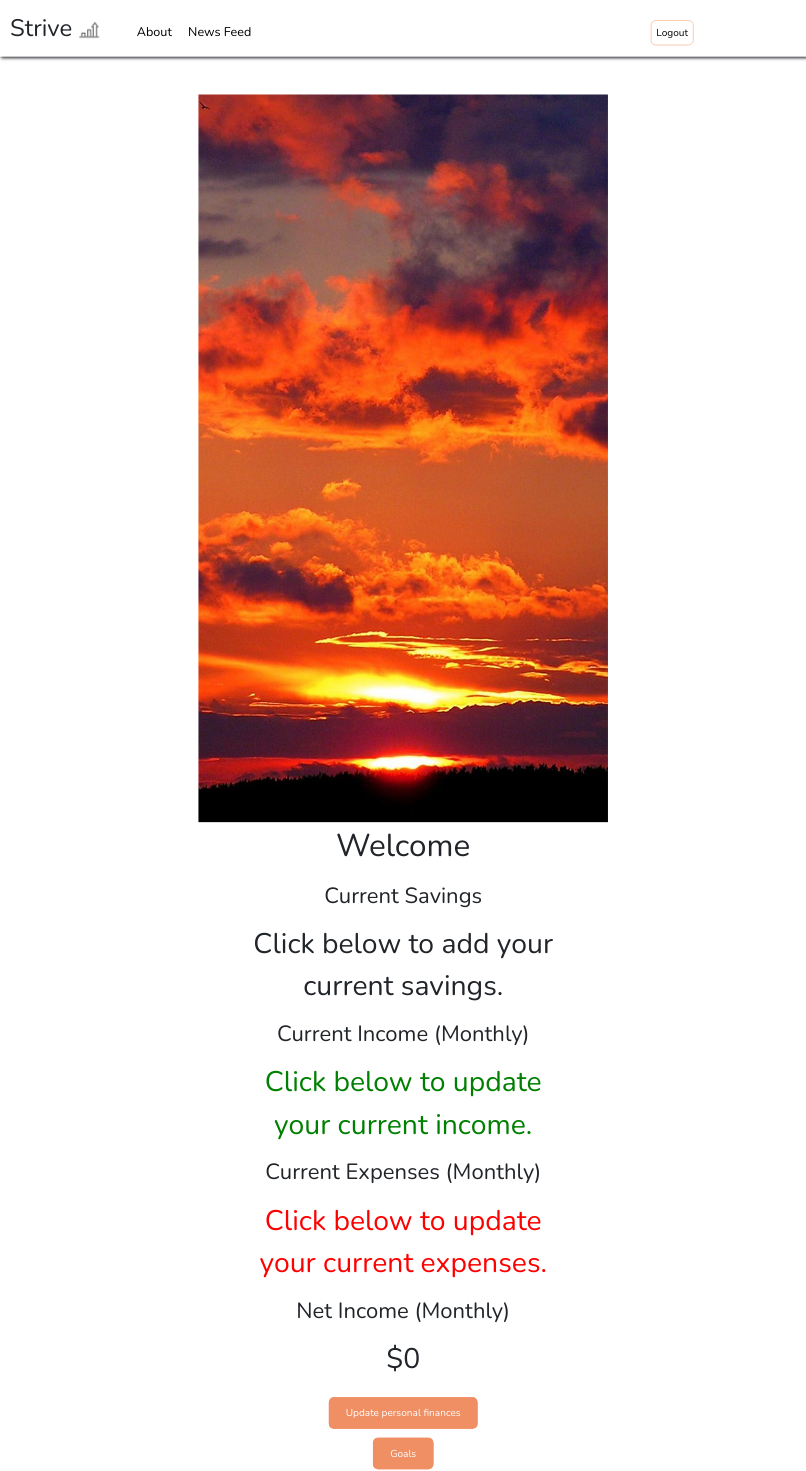
Repository: NoraOK/Strive
Page: http://localhost/strive/WEB-INF/strive/userHome.jsp
An editor plug-in stored every save of this project. The page is shown before and after the next save, followed by the edit.
The browser window is 1280 px wide. The pictures show the whole page, at 63% of full size.
The page is served by Tomcat 9. Nobody is signed in. Other server files are loaded and not shown. The template is opened directly, without the code that normally fills it, so the values that code supplies are empty.

Above is the page before, as saved 2019-12-20 16:36:45.

### strive/src/main/webapp/WEB-INF/strive/userHome.jsp
<%@ page language="java" contentType="text/html; charset=UTF-8"
    pageEncoding="UTF-8"%>
<%@ taglib prefix="c" uri="http://java.sun.com/jsp/jstl/core"%>

<!DOCTYPE html>
<html>
<head>
<meta charset="UTF-8">
<title>Strive | Home</title>
	<link rel="stylesheet"
	href="https://stackpath.bootstrapcdn.com/bootstrap/4.3.1/css/bootstrap.min.css"
	integrity="sha384-ggOyR0iXCbMQv3Xipma34MD+dH/1fQ784/j6cY/iJTQUOhcWr7x9JvoRxT2MZw1T"
	crossorigin="anonymous">
	<link href="/css/userHome.css" rel="stylesheet" type="text/css" />
	<link href="https://fonts.googleapis.com/css?family=Nunito:200,400,700&display=swap" rel="stylesheet">
</head>
<body>
	<div>
		<jsp:include page="header.jsp"/>
	</div>
	<div class="body">
		<img src="/images/fire_sunset.jpg">
		<div class="container col-5 spotlight">
			<p class="welcome"> Welcome <c:out value="${user.firstName}"/></p>
			<c:choose>
				<c:when test="${user.currentBalance == null || user.currentIncome == null }">
					<p class="labels">Current Savings</p>
					<p class="fig">Click below to add your current savings.</p>
					<p class="labels">Current Income (Monthly)</p>
					<p class="fig inc">Click below to update your current income.</p>
					<p class="labels">Current Expenses (Monthly)</p>
					<p class="fig exp">Click below to update your current expenses.</p>
					<p class="labels">Net Income (Monthly)</p>
					<p class="fig netinc pos">$0</p>
				</c:when>
				<c:otherwise>
					<p class="labels">Current Savings</p>
					<p class="fig">$ <c:out value="${user.currentBalance}"/> </p>
					<p class="labels">Current Income (Monthly)</p>
					<p class="fig inc">$ <c:out value="${user.currentIncome}"/> </p>
					<p class="labels">Current Expenses (Monthly)</p>
					<p class="fig exp">$ <c:out value="${user.totalUserExpense}"/></p>
					<p class="labels">Net Income (Monthly)</p>
					<c:choose>
						<c:when test="${user.incomeLessExpense > 0}">
							<p class="fig netinc pos">$<c:out value="${user.incomeLessExpense}"/></p>
						</c:when>
						<c:otherwise>
							<p class="fig netinc neg">$<c:out value="${user.incomeLessExpense}"/></p>
						</c:otherwise>
					</c:choose>
				</c:otherwise>
			</c:choose>
		</div>
		<p class="one"><a href="/updateFinances" class="button1">Update personal finances</a></p>
		<p class="two"><a href="/newGoal" class="button1">Goals</a></p>
	</div>
</body>
</html>

### strive/src/main/resources/static/css/userHome.css
.body{
	padding-top: 150px;
	font-family: 'Nunito', sans-serif;
	text-align:center;
}

.button1{
	border:2px solid #EF8F63 ;
	border-radius: 8px;
	background-color: #EF8F63;
 	padding: 12px 25px;
 	color: white;
 	width: 100%
}

.button1:hover{
	border:2px solid #F9AD86 ;
	border-radius: 8px;
	background-color: #F9AD86;
 	padding: 12px 25px;
 	color: white;
 	width: 100%

}
.one{
	margin-top: 40px;
}
.two{
	margin-top: 40px;
}

.welcome{
	font-weight: 200;
	font-size: 50px;
}

.labels{
	font-weight: 200;
	font-size: 35px;
}

.inc{
	color: green;
}
.exp{
	color: red;
}

.fig{
	font-size: 45px;
}

### strive/src/main/resources/static/css/header.css
header{
	box-shadow: 2px 2px 5px;
	height: 90px;
	z-index: 10;
    position: fixed;
    width: 100%;
    font-family:'Nunito', sans-serif;
    background-color: white;
}

.logo{
	font-size: 38px;

}
.header_img{
	background-color: white;
	width: 35px;
	opacity: .5;
}

.button{
	font-size: 17px;
	color: black;
}

.link {
	font-size: 20px;
	color: black;
}

a:link {
  text-decoration: none;
}

a:visited {
  text-decoration: none;
}

a:hover {
  text-decoration: none;
}

.logout_button{
	border: solid 1.5px #F9AD86;
	border-radius: 8px;
	padding:  8px;
	color: black;
}

.logout_button:hover {
	background-color: #F9AD86;
	color: white;
}

.buttons{
	margin-left: 50%;
}

.home_button{
	color: black;
}

Loaded but not shown: strive/src/main/webapp/WEB-INF/strive/header.jsp (common file)

After the next save:
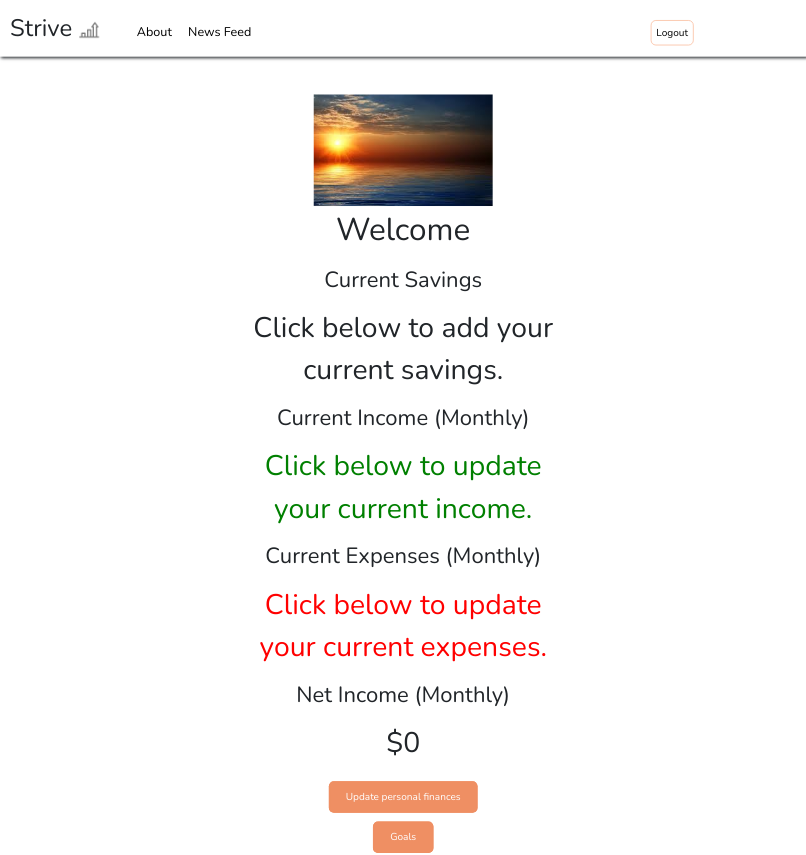
Saved 42 s later.
--- a/strive/src/main/webapp/WEB-INF/strive/userHome.jsp
+++ b/strive/src/main/webapp/WEB-INF/strive/userHome.jsp
@@ -19,7 +19,7 @@
 		<jsp:include page="header.jsp"/>
 	</div>
 	<div class="body">
-		<img src="/images/fire_sunset.jpg">
+		<img src="/images/sunset.jpg">
 		<div class="container col-5 spotlight">
 			<p class="welcome"> Welcome <c:out value="${user.firstName}"/></p>
 			<c:choose>
